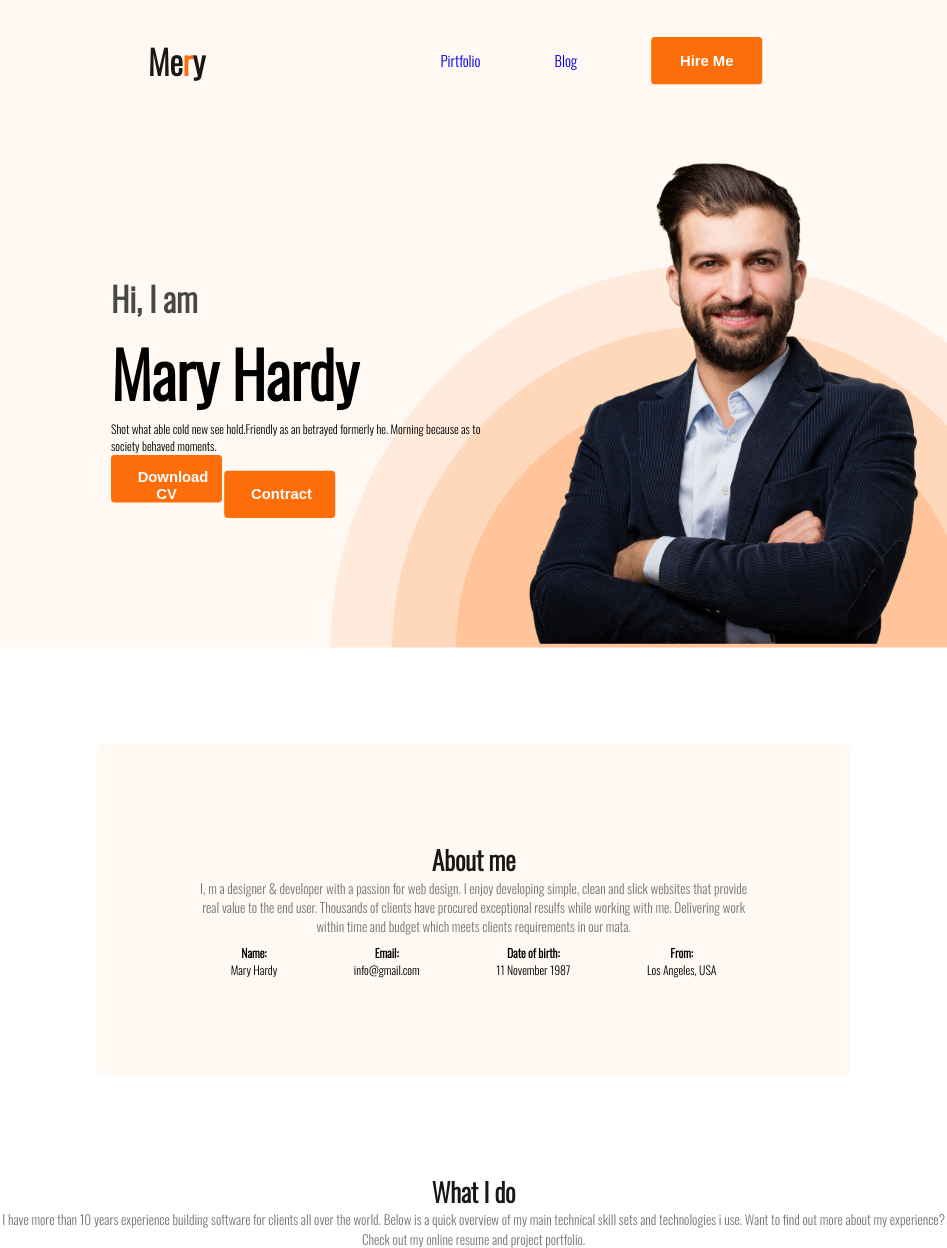
Repository: sumonkumarsarkar/my-website-personal
Page: index.html
An editor plug-in stored every save of this project. The page is shown before and after the next save, followed by the edit.
The browser window is 1280 px wide. The pictures show the whole page, at 74% of full size.

Above is the page before, as saved 2024-01-06 12:54:14.

### index.html
<!DOCTYPE html>
<html lang="en">
<head>
    <meta charset="UTF-8">
    <meta name="viewport" content="width=device-width, initial-scale=1.0">
    <title>My Personal Website</title>
    <link rel="preconnect" href="https://fonts.googleapis.com">
    <link rel="preconnect" href="https://fonts.gstatic.com" crossorigin>
    <link href="https://fonts.googleapis.com/css2?family=Open+Sans:wght@700;800&family=Oswald:wght@300&display=swap" rel="stylesheet">
    <link rel="stylesheet" href="./style.css">
</head>
<body>
    <header class="header">
        <nav>
            <h3 class="nav-title">Me<span class="text-primary">r</span>y</h3>
            <ul>
                <li ><a href="#">Pirtfolio</a></li>
                <li ><a href="#">Blog</a></li>
                <li ><button type="button" class="btn-button">Hire Me</button></li>
            </ul>
        </nav>

        <div class="banner">
            <div class="banner-part">
                <h3 class="banner-greeting">Hi, I  am</h3>
                <h1 class="banner-title">Mary Hardy</h1>
                <p>Shot what able cold new see hold.Friendly as an betrayed formerly he. Morning because as to society behaved moments.</p>
                <button type="button" class="btn-button">Download CV</button>
                <button class="btn-button" type="button">Contract</button>
            </div>
            <div>
        <img class="profile-picture" src="./images/hardy.png" alt="">
            </div>

        </div>
    </header>


    <!-- main section  -->

<main>
<section class="about">
     <h3 class="section-title">About me</h3>
     <p class="section-description">
        I, m a designer & developer with a passion for web design. I enjoy developing simple, clean and slick websites that provide real value to the end user. Thousands of clients have procured exceptional resulfs while working with me. Delivering work within time and budget which meets clients requirements in our mata.
     </p>

     <div class="about-info-container">
        <div class="about-info">
            <h4 class="info-titlt">Name:</h4>
            <p>Mary Hardy</p>
        </div>
        <div class="about-info">
            <h4 class="info-titlt">Email:</h4>
            <p>info@gmail.com</p>
        </div>
        <div class="about-info">
            <h4 class="info-titlt">Date of birth:</h4>
            <p>11 November 1987</p>
        </div>
        <div class="about-info">
            <h4 class="info-titlt">From:</h4>
            <p>Los Angeles, USA</p>
        </div>
     </div>
</section>



<section class="what-section">
    <h3 class="section-title">What I do</h3>
     <p class="section-description">
        I have more than 10 years experience building software for clients all over the world. Below is a quick overview of my main technical skill sets and technologies i use. Want to find out more about my experience? Check out my online resume and project portfolio.
     </p>
</section>


</main>

</body>
</html>

### style.css
* {
  margin: 0;
  padding: 0;
}
body {
  font-family: "Open Sans", sans-serif;
  font-family: "Oswald", sans-serif;
}
nav {
  display: flex;
  align-items: center;
  justify-content: space-between;
  margin: 0 200px;
}

.nav-title {
  font-size: 45px;
  color: #181818;
  line-height: normal;
  font-weight: 800;
}
.text-primary {
  color: #fd6e0a;
}
nav ul {
  display: flex;
  align-items: center;
}
nav a {
  text-decoration: none;
}
nav li {
  list-style: none;
  margin: 50px;
  font-size: 20px;
  color: #474747;
  text-align: center;
}

.section-title {
    color:#181818;
    text-align: center;
    font-size: 35px;
    font-weight: 700;
}
.section-description{
    color:#757575;
    text-align: center;
    font-size: 18px;

}

.btn-button {
  height: 64px;
  width: 150px;
  color: #ffff;
  background: #fd6e0a;
  border-radius: 5px;
  font-size: 20px;
  border: 0;
  font-weight: 700;
  padding: 18px 36px;
}

.header {
  background: #fff8f3;
  background-image: url(./images/header_bg.png);
  background-repeat: no-repeat;
  background-position: bottom right;
}
.banner {
  padding: 30px 30px 0 150px;
  display: flex;
  align-items: center;
  justify-content: space-between;
}
.banner-part {
  max-width: 500px;
}
.banner .profile-picture {
  height: 676px;
  width: 584px;
}
.banner-greeting {
  font-size: 45px;
  color: #474747;
  margin-bottom: 5px;
}
.banner-title {
  font-size: 85px;
  font-weight: 700;
  margin-top: 5px;
}

/* main section   */

main{
    max-width: 1140;
    margin: 0 auto;
}

/* about section  */
.about {
  padding: 130px;
  border-radius:10px;
  background: #fff8f3;
  margin:130px ;
}
.about-info-container{
    display: flex;
    justify-content:space-around;
    margin-top: 10px;
}
.about-info-container h4{
    text-align: center;
}

.what-section{
    max-width: 1140;
    align-items: center;
}

After the next save:
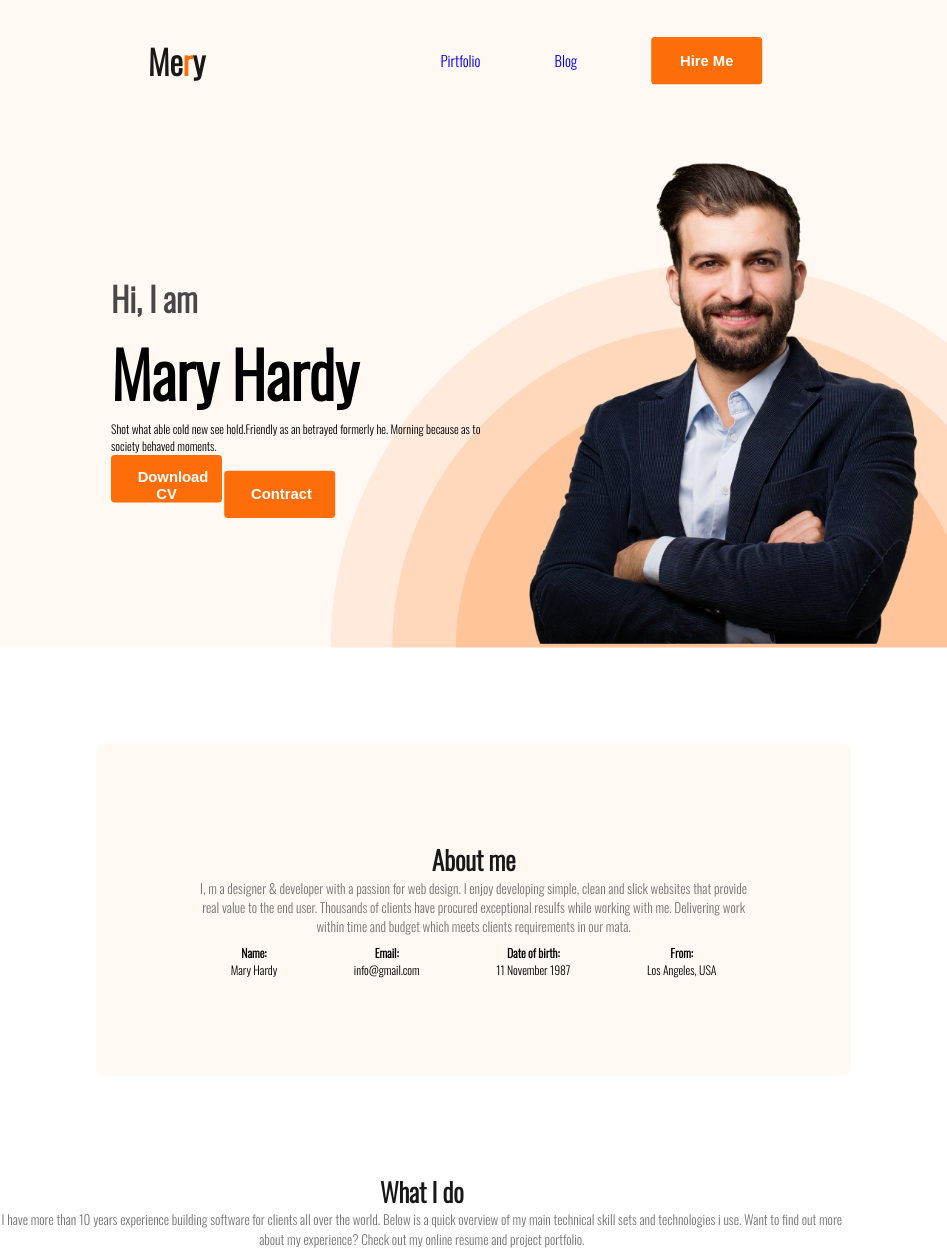
Saved 10 s later.
--- a/style.css
+++ b/style.css
@@ -116,6 +116,6 @@ main{
 }
 
 .what-section{
-    max-width: 1140;
+    max-width: 1140px;
     align-items: center;
 }
